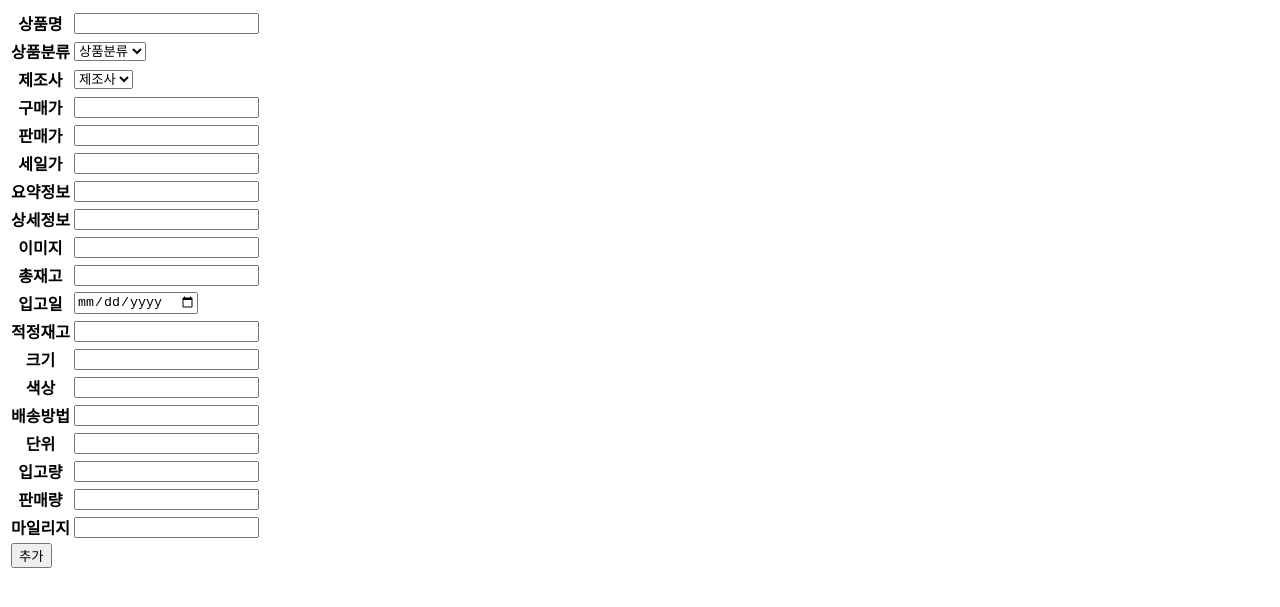
Repository: hoseolkim/restart
Page: http://localhost/WebStudy03_Mybatis/WEB-INF/views/prod/prodForm.jsp
An editor plug-in stored every save of this project. The page is shown before and after the next save, followed by the edit.
The browser window is 1280 px wide. The pictures show the whole page.
The page is served by Tomcat 9. Nobody is signed in. The template is opened directly, without the code that normally fills it, so the values that code supplies are empty.

Above is the page before, as saved 2023-10-06 08:21:03.
Console error: ReferenceError: $ is not defined

After the next save:
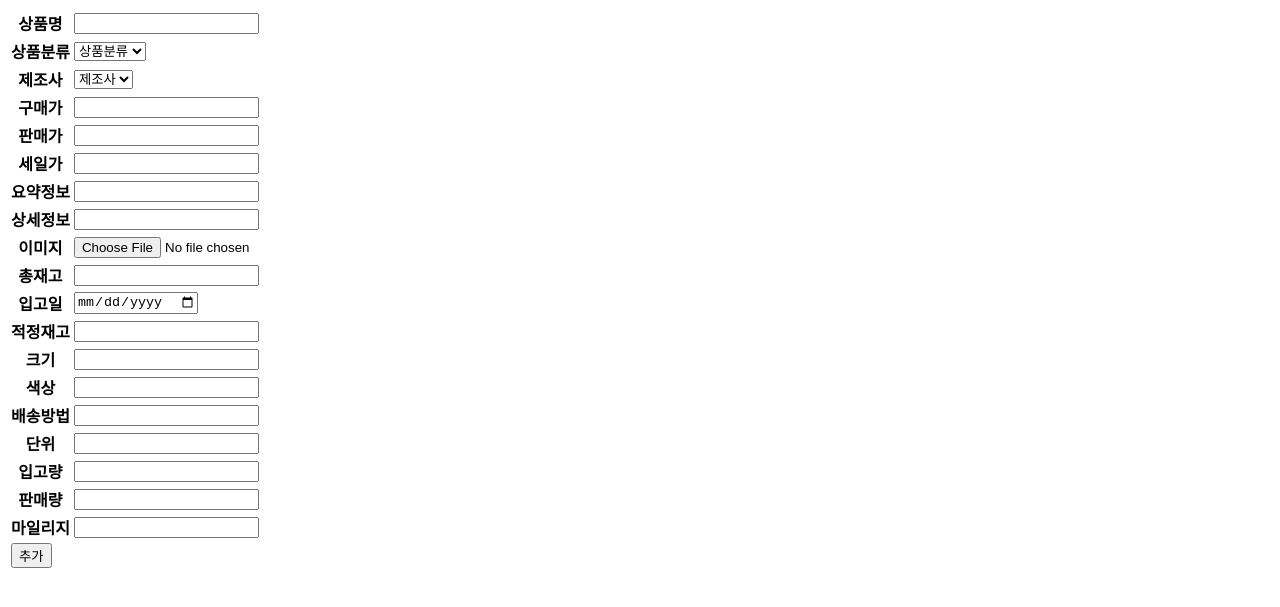
Saved 4 min 37 s later.
--- a/WebStudy03_Mybatis/src/main/webapp/WEB-INF/views/prod/prodForm.jsp
+++ b/WebStudy03_Mybatis/src/main/webapp/WEB-INF/views/prod/prodForm.jsp
@@ -72,7 +72,7 @@
 		<tr>
 			<th>이미지</th>
 			<td>
-				<input type="text" name="prodImg" class="form-control"
+				<input type="file" name="prodImage" class="form-control"
 					required value="${prod.prodImg}" />
 				<span class="error">${errors.prodImg}</span>
 			</td>
